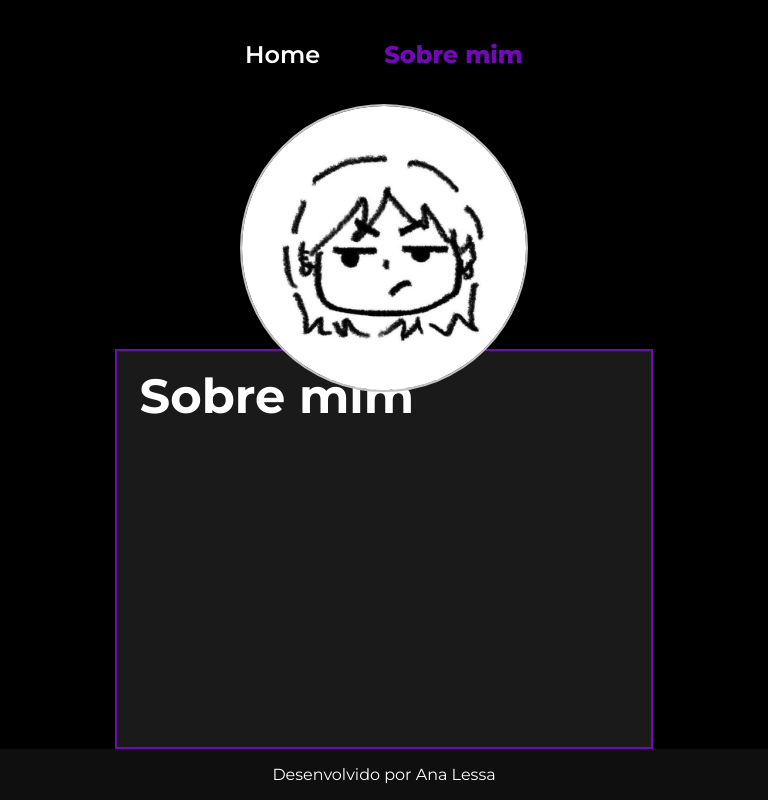
Repository: analessp/portfolio-developer
Page: about-me.html
These files come from the project's save history. The page is drawn as it stood at one moment and after a run of saves; the edit follows.
The browser window is 768 px wide. The pictures show the whole page.

Above is the page before, as saved 2025-04-24 11:57:46.

After the next 3 saves:
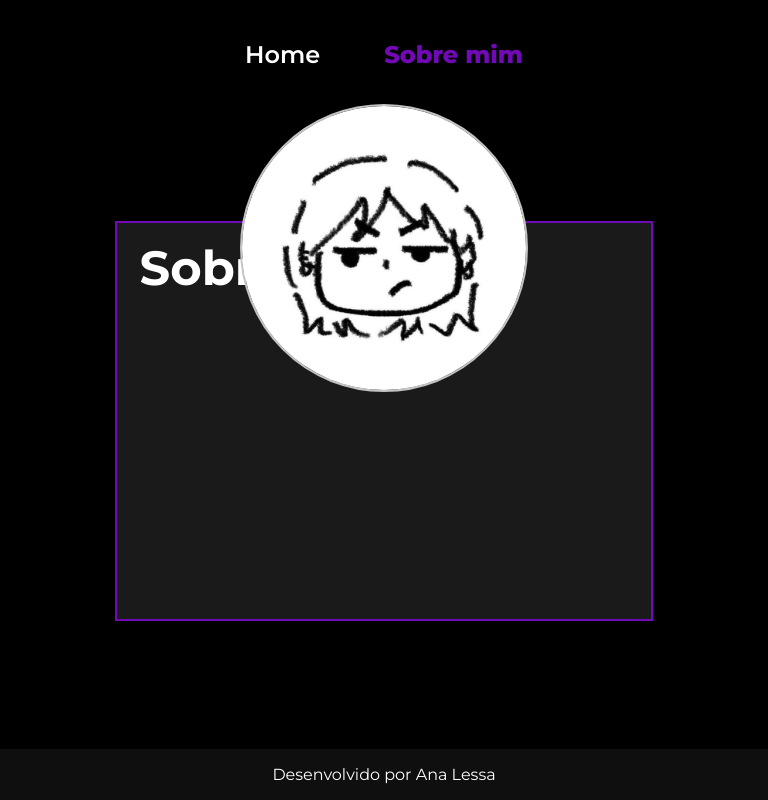
The 3 saves are shown as one change because they came seconds apart.
The last was saved 9 s later.
--- a/style/about-me.css
+++ b/style/about-me.css
@@ -22,5 +22,5 @@
         width: 70%;
         height: 400px;
         overflow: auto;
-        ma
+        margin-bottom: 8rem;
     }
